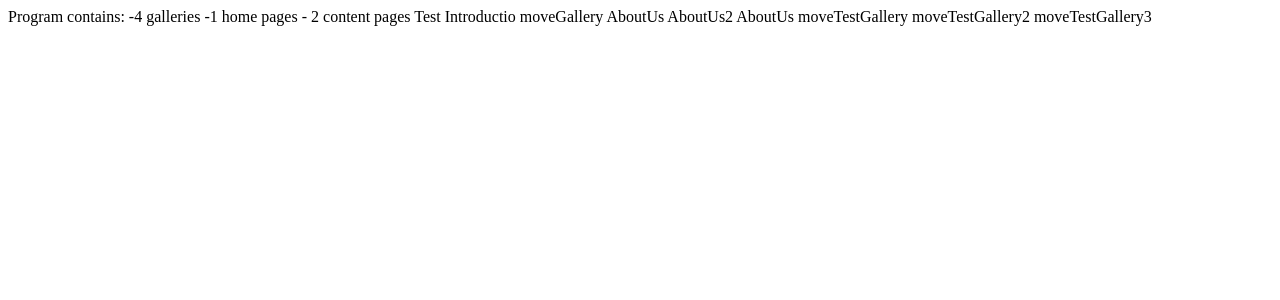
Repository: TheJot/MDEProject
Page: http://localhost/src-gen/contact.php
The author's editor kept a copy of each file at every save. The page is drawn from the files as they stood at one save, then again after the next save.
The browser window is 1280 px wide. The pictures show the whole page.
The page is run by PHP 8.4 with error messages shown; the project is at /var/www/html/.

Above is the page before, as saved 2021-07-02 06:29:38.

### runtimeEclipse/TestGenerateMe/src-gen/contact.php
Program contains:
		-4 galleries
		-1 home pages
		- 2 content pages
		Test Introductio

		moveGallery
		AboutUs
		AboutUs2
		AboutUs
		moveTestGallery
		moveTestGallery2
		moveTestGallery3

After the next save:
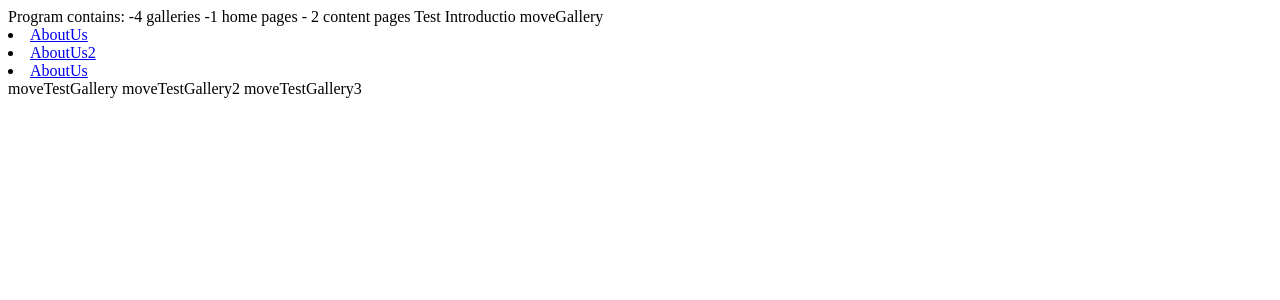
Saved 3 min 37 s later.
--- a/runtimeEclipse/TestGenerateMe/src-gen/contact.php
+++ b/runtimeEclipse/TestGenerateMe/src-gen/contact.php
@@ -5,9 +5,9 @@ Program contains:
 		Test Introductio
 
 		moveGallery
-		AboutUs
-		AboutUs2
-		AboutUs
+		<li><a href="AboutUs.php">AboutUs</a></li>
+		<li><a href="AboutUs2.php">AboutUs2</a></li>
+		<li><a href="AboutUs.php">AboutUs</a></li>
 		moveTestGallery
 		moveTestGallery2
 		moveTestGallery3
